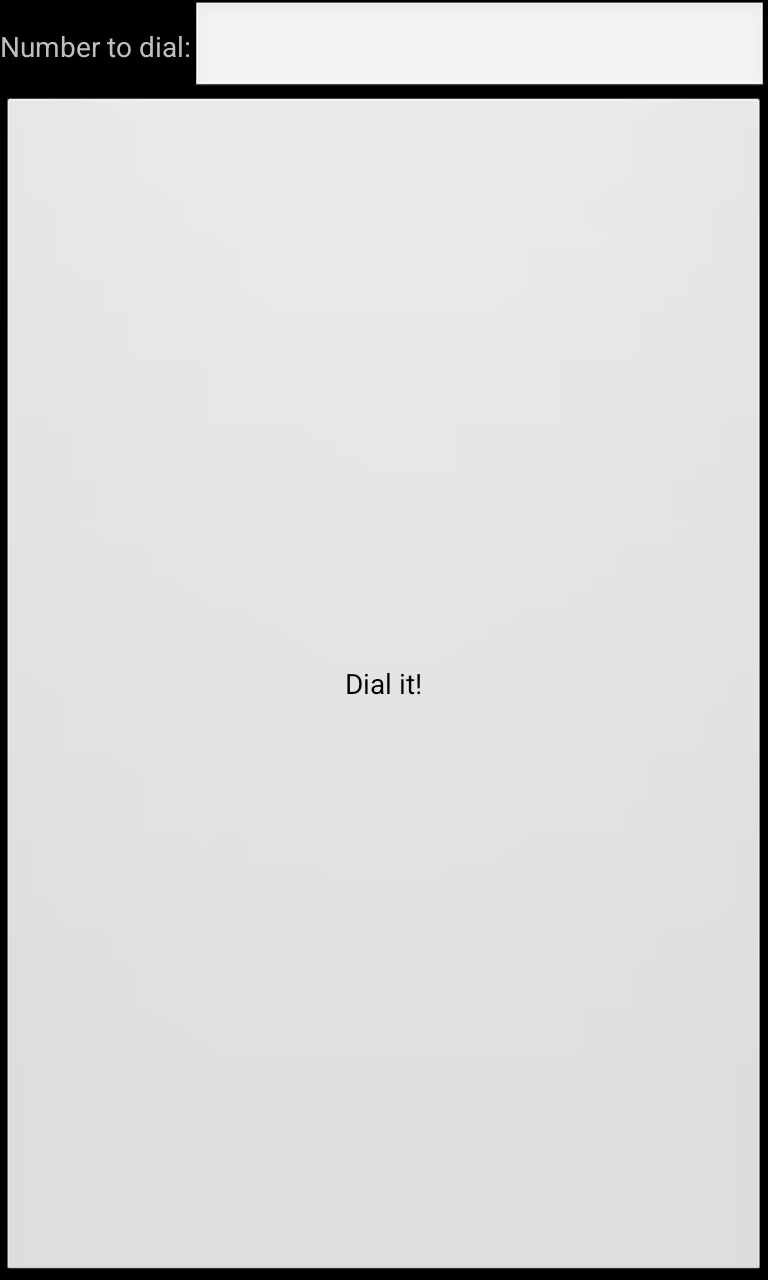
Repository: cogitovsmachina/Curso-Android-en-ITAM
Layout: SimpleDial/res/layout/main.xml
An editor plug-in stored every save of this project. The layout is shown before and after the next save, followed by the edit.
It is drawn on a 768 x 1280 px phone screen (xhdpi) without system bars, with theme android:Theme; the app's code is not run.

Above is the layout before, as saved 2011-07-06 14:35:45.

### SimpleDial/res/layout/main.xml
<?xml version="1.0" encoding="utf-8"?>
<LinearLayout xmlns:android="http://schemas.android.com/apk/res/android"
    android:orientation="vertical"
    android:layout_width="fill_parent"
    android:layout_height="fill_parent"
    >
    <LinearLayout
    	android:orientation="horizontal"
    	android:layout_width="fill_parent"
    	android:layout_height="wrap_content"
    	>
		<TextView
		    android:layout_width="wrap_content"
		    android:layout_height="wrap_content"
		    android:text="Number to dial:"
		    />
		    <EditText
				android:id="@+id/number"
				android:layout_width="fill_parent"
		  		android:layout_height="wrap_content"
		  		android:cursorVisible="true"
		  		android:editable="true"
		  		android:singleLine="true"
				/>
    	</LinearLayout>
    	<Button
    		android:id="@+id/dial"
    		android:layout_width="fill_parent"
    		android:layout_height="wrap_content"
    		android:layout_weight="1"
			android:text="Dial it!"
			android:onClick="dial"
			/>
</LinearLayout>

After the next save:
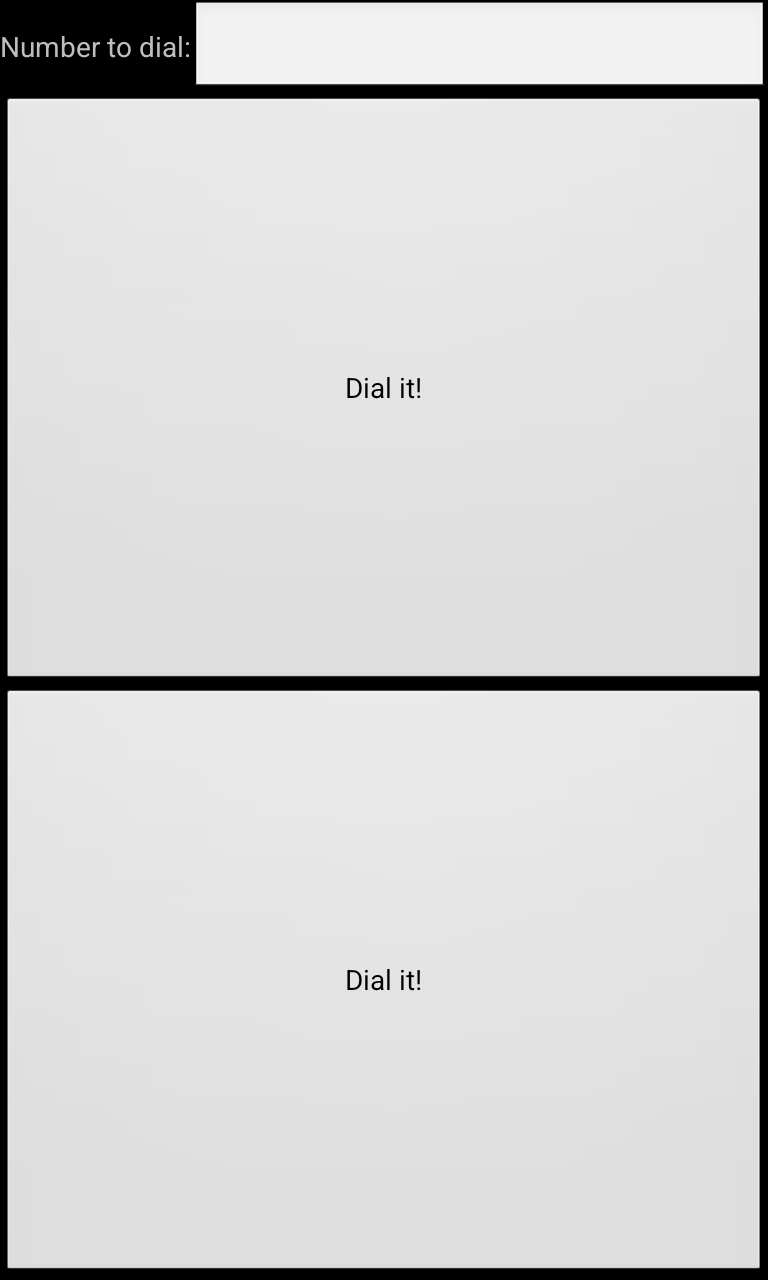
Saved 96 s later.
--- a/SimpleDial/res/layout/main.xml
+++ b/SimpleDial/res/layout/main.xml
@@ -31,4 +31,12 @@
 			android:text="Dial it!"
 			android:onClick="dial"
 			/>
+			<Button
+    		android:id="@+id/dial"
+    		android:layout_width="fill_parent"
+    		android:layout_height="wrap_content"
+    		android:layout_weight="1"
+			android:text="Dial it!"
+			android:onClick="dial"
+			/>
 </LinearLayout>
